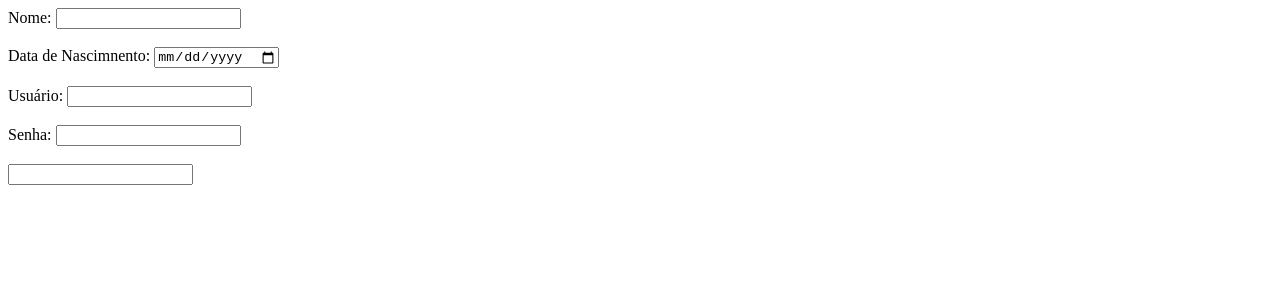
Repository: HigorRoc/Uninove_2021.1_AplicacaoWebQuarta
Page: usersManager/WebContent/formCadastro.html
An editor plug-in stored every save of this project. The page is shown before and after a run of saves, followed by the edit.
The browser window is 1280 px wide. The pictures show the whole page.

Above is the page before, as saved 2021-05-13 00:15:08.

After the next 2 saves:
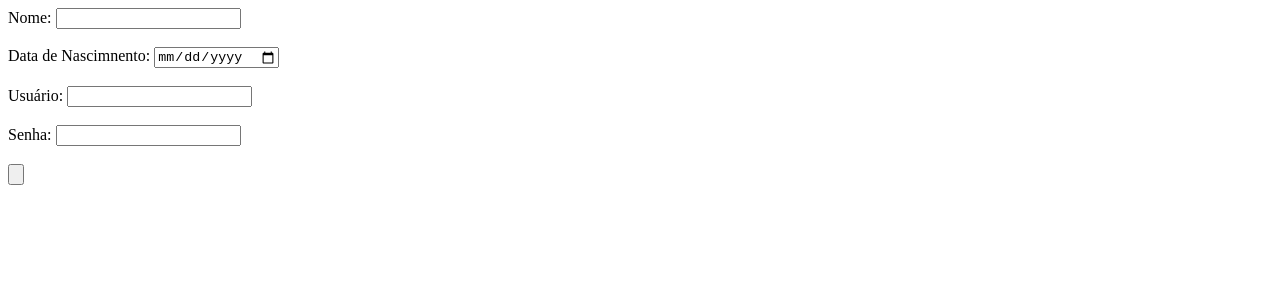
The 2 saves are shown as one change because they came seconds apart.
The last was saved 8 s later.
--- a/usersManager/WebContent/formCadastro.html
+++ b/usersManager/WebContent/formCadastro.html
@@ -10,7 +10,7 @@
 		Data de Nascimnento: <input type="date" name="txtdatanascimento"><br><br>
 		Usuário: <input type="text" name="txtusuario"><br><br>
 		Senha: <input type="password" name="txtsenha"><br><br>
-		<input
+		<input type="submit" value
 	</form>
 </body>
 </html>
